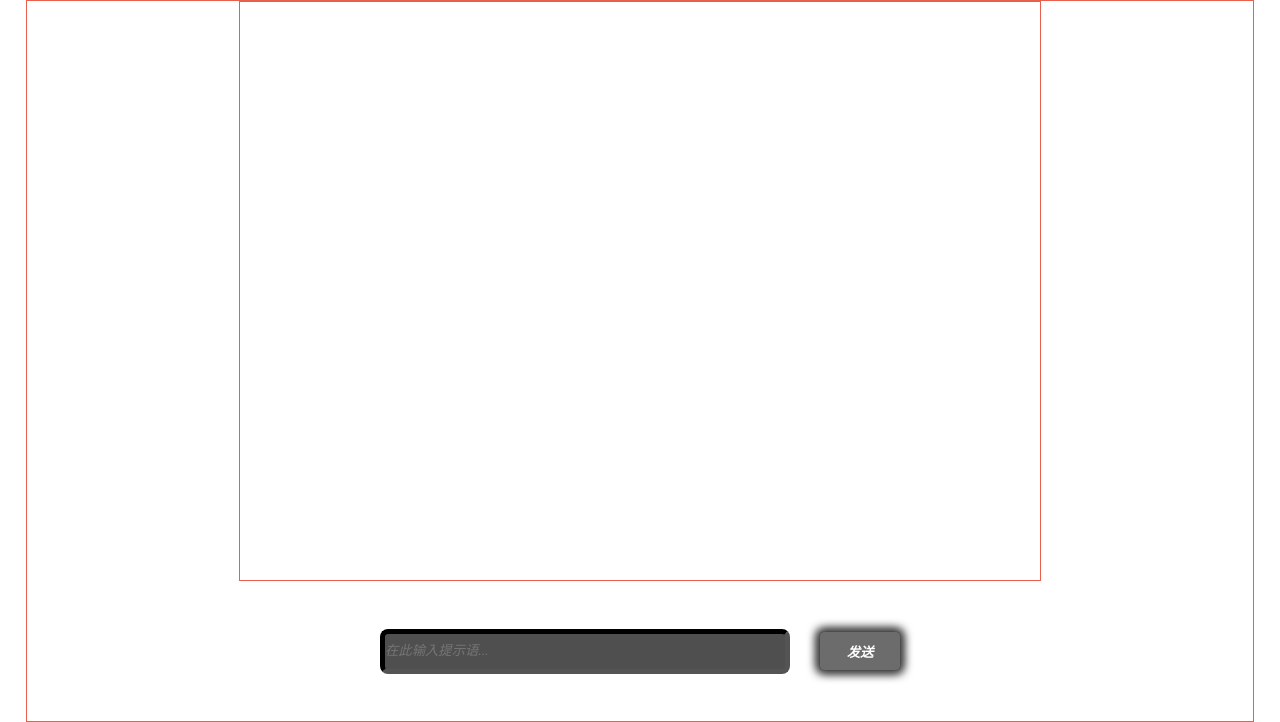
Repository: forFishbonein/chatbot-hao-gpt
Page: / (app in chat-bot-app/)
An editor plug-in stored every save of this project. The page is shown before and after the next save, followed by the edit.
The browser window is 1280 px wide. The pictures show the whole page.
The project was rebuilt for these pictures with package versions that can differ from the ones it lists, and the page was loaded fresh each time. Also part of the build but not shown: chat-bot-app/vite.config.js, chat-bot-app/src/components/background/ParticleAnimation.vue.

Above is the page before, as saved 2023-04-14 09:39:32.

### chat-bot-app/index.html
<!DOCTYPE html>
<html lang="en">

<head>
  <meta charset="UTF-8" />
  <link rel="icon" type="image/svg+xml" href="/vite.svg" />
  <meta name="viewport" content="width=device-width, initial-scale=1.0" />
  <title>Vite + Vue3.2 + TypeScript</title>
</head>

<body>
  <div id="app"></div>
  <script type="module" src="/src/main.ts"></script>
</body>

</html>

### chat-bot-app/src/main.ts
import { createApp } from "vue";
import pinia from "@/store";
import App from "./App.vue";
import router from "@/router";
import "@/assets/css/reset.css";
// 引入字体
// import "@/assets/fonts/font.css";
// 引入图标库
// import "@/assets/font/iconfont";
// 引入全局element-icon
import * as ElementPlusIconsVue from "@element-plus/icons-vue";

//创建实例
const setupAll = async () => {
  const app = createApp(App);
  app.use(router);
  app.use(pinia);
  for (const [key, component] of Object.entries(ElementPlusIconsVue)) {
    app.component(key, component);
  }
  app.mount("#app");
};
setupAll();

### chat-bot-app/src/components/BaseFooter.vue
<script setup lang="ts"></script>

<template>
  <div></div>
</template>

<style lang="scss" scoped></style>

### chat-bot-app/src/components/BaseHeader.vue
<script setup lang="ts"></script>

<template>
  <div></div>
</template>

<style lang="scss" scoped></style>

### chat-bot-app/src/store/index.ts
import { createPinia } from "pinia";
import piniaPluginPersistedstate from "pinia-plugin-persistedstate";
const pinia = createPinia();
pinia.use(piniaPluginPersistedstate);
export default pinia;

### chat-bot-app/src/App.vue
<script setup lang="ts">
console.log(
  "---环境变量----", // @ts-ignore
  import.meta.env
);
</script>
<template>
  <router-view></router-view>
</template>

<style>
/* .icon {
  width: 1.2em;
  height: 1.2em;
  vertical-align: -0.15em;
  fill: currentColor;
  overflow: hidden;
  color: #e8604c;
} */
#nprogress .bar {
  background-color: #c60b1e !important;
  border: 1px #c60b1e solid;
}
</style>

### chat-bot-app/src/router/index.ts
import {
  createRouter,
  createWebHashHistory,
  createWebHistory,
} from "vue-router";
import NProgress from "nprogress";
import "nprogress/nprogress.css";
import { mainStore } from "@/store/user";
import { UserInfo } from "@/apis/user/uInterface";

// 1. 定义路由组件， 注意，这里一定要使用 文件的全名（包含文件后缀名）
// import countIndex from "../pages/count/countIndex.vue";

// 2. 定义路由配置
import { routes } from "./router.config";

// 3. 创建路由实例
const router = createRouter({
  // history: createWebHashHistory(import.meta.env.VITE_PUBLIC_PATH),
  // @ts-ignore
  history: createWebHashHistory(import.meta.env.VITE_PUBLIC_PATH),
  routes,
  strict: true,
  scrollBehavior: () => ({ left: 0, top: 0 }),
});

NProgress.configure({
  easing: "ease", // 动画方式
  speed: 500, // 递增进度条的速度
  showSpinner: false, // 是否显示加载 icon
  trickleSpeed: 200, // 自动递增间隔
  minimum: 0.3, // 初始化时的最小百分比
});

// 4. 配置路由守卫
router.beforeEach((to, from, next) => {
  if (to.meta.title) {
    // @ts-ignore
    document.title = to.meta.title;
  }
  NProgress.start();
  const store = mainStore(); //移动到了路由守卫里面，否则persist不生效
  // 如果本地存在token;
  if (store.token !== "") {
    if (to.path === "/login" || to.path === "/register") {
      next({ path: "/" });
    } else {
      if (
        //@ts-ignore
        store.getUserFlag === false
      ) {
        store
          .getUserInfo() // 获取用户信息
          .then(async (res) => {
            // alert("获取用户信息成功");
            console.log("用户信息：");
            console.log(store.userInfo);
            console.log(store.userInfo.email);
            store.getUserFlag = true;
            next();
          })
          .catch(() => {
            //@ts-ignore
            ElMessage({
              type: "warning",
              message: "你的登录已过期！",
            });
            store.getUserFlag = false;
            store.userInfo = {} as UserInfo;
            next();
          });
      } else {
        // 如果已经获取到了用户信息
        next();
      }
    }
  } else {
    //如果本地不存在token //但如果是要去到需要登录的页面
    if (to.matched.some((r) => r.meta.requireLogin)) {
      store.getUserFlag = false;
      //@ts-ignore
      ElMessage({
        type: "warning",
        message: "登录后才能打开新天地哦！",
      });
      //@ts-ignore //不知道会不会出错
      router.push(-1);
    } else {
      next(); //其余不需要登录的页面就直接放开
    }
  }
});

router.afterEach((to, from, next) => {
  NProgress.done();
});

// 5. 导出router
export default router;

### chat-bot-app/src/assets/css/reset.css
/*解决8像素问题*/
body,
div,
dl,
dt,
dd,
ul,
ol,
li,
h1,
h2,
h3,
h4,
h5,
h6,
pre,
form,
fieldset,
legend,
input,
textarea,
button,
p,
blockquote,
th,
td {
    margin: 0;
    padding: 0;
}

/*文字自动居中*/
body {
    text-align: center;
    font-family: Helvetica Neue, Helvetica, Arial, Microsoft Yahei, Hiragino Sans GB, Heiti SC, WenQuanYi Micro Hei, sans-serif;
}

/*去掉前面的小圆点*/
ul,
ol,
li {
    list-style: none;
}

/*取消a的下划线*/
a {
    text-decoration: none;
    /*设置a的字体颜色，蓝色太丑了*/
    color: #333;
    /*设置链接变成小手*/
    cursor: pointer;
}

/*去掉边框，自动垂直居中*/
input,
button,
img,
select,
textarea {
    border: none;
    vertical-align: middle;
    outline: none;
    /*去掉选中产生的黑框*/
}

textarea {
    resize: none;
    /*禁止自动更改大小*/
    text-indent: 2em;
    /*首行缩进2字符*/
}

button {
    cursor: pointer;
}

/*居中板块*/
/*每一个板块都必须要套上wrap，要不然放大缩小会位置错乱*/
.wrap {
    width: 1226px;
    /*高度由内容撑开*/
    margin: 0 auto;
}

label {
    cursor: pointer;
}

### chat-bot-app/src/store/user.ts
import { defineStore } from "pinia";
import { UserInfo } from "@/apis/user/uInterface";
import { passLogin, logout } from "@/apis/user/login";
import { register } from "@/apis/user/register";
import { getUserInfo } from "@/apis/user/user";
import pinia from "@/store";
export interface UserState {
  userInfo: UserInfo;
  token: string;
  getUserFlag: boolean;
}
export const mainStore = defineStore("main", {
  persist: {
    key: "main",
    storage: window.localStorage,
  }, //开启缓存
  state: () =>
    ({
      userInfo: {
        // email: "",
      } as UserInfo,
      token: "",
      getUserFlag: false,
    } as UserState),
  getters: {},
  actions: {
    passLogin(passData: any) {
      return new Promise((resolve, reject) => {
        try {
          passLogin(passData).then((res) => {
            // @ts-ignore
            console.log(res.message);
            // @ts-ignore
            this.$state.token = res.message;
            // setToken(res.data);
            resolve(res);
          });
        } catch (error) {
          console.log(error);
          reject(error);
        }
      });
    },
    getUserInfo() {
      return new Promise((resolve, reject) => {
        getUserInfo(this.$state.token)
          .then((res) => {
            // @ts-ignore
            if (res.code === 2000) {
              this.$state.userInfo = res.data;
              resolve(res);
            } else {
              //@ts-ignore
              this.$state.userInfo = {} as UserInfo; //清空对象
              this.$state.getUserFlag = false;
              this.$state.token = "";
              // removeToken();
              resolve(res);
            }
          })
          .catch((error) => {
            //@ts-ignore
            this.$state.userInfo = {} as UserInfo; //清空对象
            this.$state.getUserFlag = false;
            this.$state.token = "";
            // removeToken();
            reject(error);
          });
      });
    },
    register(registerData: any) {
      return new Promise((resolve, reject) => {
        try {
          register(registerData).then((res) => {
            console.log(res.data);
            // 不会返回token
            // this.$state.token = res.data;
            // setToken(res.data);
            resolve(res);
          });
        } catch (error) {
          console.log(error);
          reject(error);
        }
      });
    },
    fedLogOut() {
      return new Promise((resolve, reject) => {
        try {
          this.$state.userInfo = {} as UserInfo; //清空对象
          // setFlag(false);
          this.$state.getUserFlag = false;
          this.$state.token = "";
          resolve("用户超时登出成功"); //这里传参不能为空，ts严格检查
        } catch (error) {
          reject(error);
        }
      });
    },
    logout() {
      return new Promise((resolve, reject) => {
        //@ts-ignore
        this.$state.userInfo = {} as UserInfo; //清空对象
        console.log(this.$state.userInfo);
        this.$state.token = ""; //重置token
        this.$state.getUserFlag = false; //改变用户信息标志变量
        // 调用后端接口，也可以不调用！
        // logout(this.$state.token)
        //   .then((res) => {
        //     console.log(res);
        //     if (res) {
        //       //@ts-ignore
        //       this.$state.userInfo = {} as UserInfo; //清空对象
        //       console.log(this.$state.userInfo);
        //       this.$state.token = ""; //重置token
        //       this.$state.getUserFlag = false; //改变用户信息标志变量
        //       resolve(res);
        //     }
        //   })
        //   .catch((error) => {
        //     console.log(error);
        //     reject(error);
        //   });
      });
    },
  },
});

### chat-bot-app/src/router/router.config.ts
import { RouteRecordRaw } from "vue-router";
// import Index from "@/Index.vue";

export const routes: Array<RouteRecordRaw> = [
  {
    path: "/",
    name: "Index", //App中包裹Index
    meta: {
      title: "首页",
      keepAlive: true,
      // requireLogin: true, //先加在这里，表示需要登录！
    },
    component: () => import("@/Index.vue"),
    // component: Index,
    redirect: "/chat", //Index中包裹Home等组件
    children: [
      {
        path: "/chat",
        name: "Chat",
        component: () => import("@/views/Chat.vue"), //这个不行，会加载不出来
        // component: Home,
        meta: { title: "首页", keepAlive: true, showTab: true },
      },
    ],
  },
];

### chat-bot-app/src/apis/user/login.ts
import httpRequest from "@/request";
import { passLoginInfo } from "@/apis/user/uInterface";
export const passLogin = (passData: passLoginInfo) => {
  // console.log(passData);
  return httpRequest({
    data: passData,
    method: "post",
    url: "/login",
    // loading: false, //显示加载圈
  });
};

export function logout(token: string) {
  return httpRequest({
    data: token,
    url: "/logout",
    method: "post",
    // loading: false,
  });
}

### chat-bot-app/src/apis/user/register.ts
import httpRequest from "@/request";
import { registerInfo } from "@/apis/user/uInterface";
// export const postCode = (email: string) => {
//   console.log(email);
//   return httpRequest({
//     data: email,
//     method: "post",
//     url: "http://localhost:8081/send",
//   });
// };

export const register = (registerData: registerInfo) => {
  // console.log(registerData);
  return httpRequest({
    data: registerData,
    method: "post",
    url: "/user/info",
    // loading: false,
  });
};

### chat-bot-app/src/apis/user/user.ts
import httpRequest from "@request/index";
import { UserInfo } from "@/apis/user/uInterface";
export const getUserInfo = (token: string) => {
  return httpRequest({
    url: "/token",
    method: "get",
    headers: { Authorization: token },
    loading: false, //这里好像必须开启，不知道为啥！！！这样有token时配合路由监测进主页的时候才不会报错！
  });
};
export const getUserInfoById = (userId: string) => {
  return httpRequest({
    url: `http://localhost:8081/user/${userId}`,
    method: "get",
    // loading: false,
  });
};

/* 修改用户信息 */
export const modifyUserInfo = (userInfo: UserInfo) => {
  return httpRequest({
    data: userInfo,
    method: "post",
    url: "/user/info",
    // loading: false,
  });
};

/* 修改密码 */
export const modifyUserPass = (data: any) => {
  return httpRequest({
    url: "http://localhost:8081/user/updatepassword",
    method: "put",
    data: data,
    // loading: false,
  });
};

/* 更新头像 */
export const updateUserAvater = (userId: string, imgUrl: string) => {
  return httpRequest({
    url: "http://localhost:8081/user/updatehead",
    method: "put",
    data: {
      id: userId,
      url: imgUrl,
    },
    // loading: false,
  });
};

### chat-bot-app/src/Index.vue
<script setup lang="ts">
import { onMounted } from "vue";
import { useRoute } from "vue-router";
import { useRouter } from "vue-router";
const route = useRoute();
const router = useRouter();
onMounted(() => {});
</script>
<template>
  <div class="page-wrapper">
    <BaseHeader></BaseHeader>
    <router-view v-slot="{ Component }">
      <!-- <keep-alive v-if="$route.meta.keepAlive"> -->
      <!-- 只有在一个容器切换时alive才生效，并且只有include可以生效，meta不行 -->
      <keep-alive :include="['Home']">
        <component :is="Component" />
      </keep-alive>
      <!-- <component :is="Component" v-else /> -->
    </router-view>
    <BaseFooter></BaseFooter>
  </div>
</template>

<style lang="scss" scoped></style>

### chat-bot-app/src/views/Chat.vue
<script setup lang="ts">
import { ref, reactive, defineExpose, onMounted } from "vue";
import { useRouter } from "vue-router";
import { sendMessage } from "@/apis/chat";
import { resultMessagesType } from "@/apis/Interface";
let prompt = ref("");
let messages = ref([] as resultMessagesType[]);
const clickToSend = () => {
  const data = { message: prompt.value };
  sendMessage(data).then((res) => {
    messages.value.push({ content: prompt.value, isBot: false });
    messages.value.push({ content: res.data.content, isBot: true });
    prompt.value = "";
  });
};
onMounted(() => {
  let mainContainer = document.getElementById("main-container");
  //用于使map自适应高度和宽度,通过窗体高宽计算容器高宽
  let resizeMainContainer = function () {
    // @ts-ignore
    // mainContainer.style.width = window.innerWidth + "px";
    mainContainer.style.width = "1226px";
    // @ts-ignore
    mainContainer.style.height = window.innerHeight + "px";
  };
  //设置容器高宽
  resizeMainContainer();
});
</script>
<template>
  <div id="main-container">
    <div class="message-wapper">
      <div class="messages">
        <div v-for="(m, i) in messages" :key="i" class="line-block">
          <div v-if="m.isBot" class="bot-say">
            <img src="@/assets/img/bot.png" />
            <div>{{ m.content }}</div>
          </div>
          <div v-else class="my-say">
            <div>{{ m.content }}</div>
            <img src="@/assets/img/people.png" />
          </div>
        </div>
      </div>
      <div class="operate-board">
        <input
          v-model="prompt"
          type="text"
          placeholder="在此输入提示语..."
          class="inputStyle"
        />
        <button @click="clickToSend" class="buttonStyle">发送</button>
      </div>
    </div>
  </div>
</template>

<style lang="scss" scoped>
#main-container {
  // width: 1000px;
  // height: 800px;
  margin: 0 auto;
  border: 1px #e8604c solid;
}
.message-wapper {
  width: 800px;
  height: 100%;
  margin: 0 auto;
  display: flex;
  flex-direction: column;
  justify-content: center;
  align-items: center;
  .messages {
    width: 800px;
    height: 80%;
    position: relative;
    border: 1px #e8604c solid;
    padding-top: 20px;
    .line-block {
      width: 100%;
      height: 40px;
    }
    .my-say {
      display: flex;
      justify-content: center;
      align-items: center;
      position: absolute;
      right: 10px;
      img {
        width: 40px;
        height: 40px;
        display: inline-block;
        cursor: pointer;
      }
      div {
        background-color: black;
        color: rgb(255, 255, 255);
        font-size: 14px;
        padding: 10px;
        border-radius: 10px;
        box-shadow: 0 0 1px #272727, 0 0 10px 2px #3c3c3c, 0 0 10px 4px #4f4f4f;
        margin-right: 20px;
      }
    }
    .bot-say {
      display: flex;
      justify-content: center;
      align-items: center;
      position: absolute;
      left: 10px;
      img {
        width: 40px;
        height: 40px;
        display: inline-block;
        cursor: pointer;
      }
      div {
        background-color: black;
        color: rgb(255, 255, 255);
        font-size: 14px;
        padding: 10px;
        border-radius: 10px;
        box-shadow: 0 0 1px #272727, 0 0 10px 2px #3c3c3c, 0 0 10px 4px #4f4f4f;
        margin-left: 20px;
      }
    }
  }
  .operate-board {
    // position: absolute;
    // bottom: 0px;
    width: 800px;
    height: 20%;
    display: flex;
    justify-content: center;
    align-items: center;
  }
}

.buttonStyle {
  height: 38px;
  width: 80px;
  border: 0;
  background-color: #6c6c6c;
  box-shadow: 0 0 1px #272727, 0 0 10px 2px #3c3c3c, 0 0 10px 4px #4f4f4f;
  border-radius: 4px;
  font-family: Calibri;
  font-weight: 800;
  font-style: italic;
  color: rgb(255, 255, 255);
  cursor: pointer;
  margin-left: 30px;
}
.buttonStyle:hover {
  animation: buttonEffect 0.4s linear;
  transition-timing-function: linear;
}
.buttonStyle:active {
  transform: scale(1.2);
  bottom: -3px;
  transition-timing-function: ease-in-out;
}
@keyframes buttonEffect {
  0% {
    background: radial-gradient(ellipse 20px 8px, white, black, black);
  }
  20% {
    background: radial-gradient(ellipse 30px 12px, white, black, black);
  }
  40% {
    background: radial-gradient(ellipse 40px 16px, white, black, black);
  }
  60% {
    background: radial-gradient(ellipse 50px 20px, white, black, black);
  }
  80% {
    background: radial-gradient(ellipse 60px 24px, white, black, black);
  }
  100% {
    background: radial-gradient(ellipse 70px 280px, white, black, black);
  }
}
.inputStyle {
  width: 400px;
  height: 35px;
  background-color: #4f4f4f;
  border-radius: 8px;
  border-width: 5px 5px 5px 5px;
  border-style: inset;
  border-color: black;
  font-family: "Droid Sans Mono Slashed";
  font-weight: 300;
  font-style: italic;
  color: rgb(255, 255, 255);
}
.inputStyle:focus {
  background-color: black;
}
.inputStyle:hover {
  animation: inputEffect 0.8s linear;
  transition-timing-function: linear;
}
@keyframes inputEffect {
  0% {
    border-top-color: rgb(255, 255, 255);
    background: linear-gradient(to right, rgb(255, 255, 255), black 20%);
  }
  25% {
    border-right-color: rgb(255, 255, 255);
    background: linear-gradient(to right, rgb(255, 255, 255), black 40%);
  }
  50% {
    border-bottom-color: rgb(255, 255, 255);
    background: linear-gradient(to right, rgb(255, 255, 255), black 60%);
  }
  75% {
    border-left-color: rgb(255, 255, 255);
    background: linear-gradient(to right, rgb(255, 255, 255), black 80%);
  }
  100% {
    border-color: cyan;
    background: linear-gradient(to right, rgb(255, 255, 255), black 100%);
  }
}
</style>

### chat-bot-app/src/apis/chat.ts
import httpRequest from "@/request";
import { promptType } from "@/apis/Interface";
export const sendMessage = (data: promptType) => {
  // console.log(passData);
  return httpRequest({
    data: data,
    method: "post",
    url: "/chatbot/talk",
    // loading: false, //显示加载圈
  });
};

### chat-bot-app/src/config/index.ts
export interface IConfig {
  env: string; // 开发环境
  mock?: string; // mock数据
  title: string; // 项目title
  baseUrl?: string; // 项目地址
  baseApi?: string; // api请求地址
}
const envMap = {};
const globalModules = import.meta.globEager("./*.ts");
Object.entries(globalModules).forEach(([key, value]) => {
  // key.match(/\.\/env\.(\S*)\.ts/)
  const name = key.replace(/\.\/env\.(.*)\.ts$/, "$1");
  envMap[name] = value;
});

// 根据环境引入不同配置
export const config = envMap[import.meta.env.VITE_ENV].default;
console.log("根据环境引入不同配置", config);

### chat-bot-app/src/utils/resetMessage.ts
let messageInstance: any | null = null;

//封装ElMessage的函数：
const resetMessage = (options) => {
  if (messageInstance && messageInstance.close) {
    messageInstance.close();
  }
  //@ts-ignore
  messageInstance = ElMessage(options);
};

//识别resetMessage函数的参数类型，以适应.success等函数
["error", "success", "info", "warning"].forEach((type) => {
  resetMessage[type] = (options: any) => {
    if (typeof options === "string") {
      options = {
        message: options,
      };
    }
    options.type = type;
    return resetMessage(options);
  };
});
export const Message = resetMessage;

### chat-bot-app/src/config/env.development.ts
// 本地环境配置
export default {
  env: "development",
  mock: true,
  title: "开发",
  baseUrl: "", // 项目地址
  baseApi: "http://127.0.0.1:8080", // 本地api请求地址,注意：如果你使用了代理，请设置成'/'
};

### chat-bot-app/src/config/env.production.ts
// 正式
export default {
  env: "production",
  mock: true,
  title: "生产",
  baseUrl: "", // 正式项目地址
  baseApi: "http://xxx:8080", // 正式api请求地址
};

### chat-bot-app/src/config/env.test.ts
export default {
  env: "test",
  mock: false,
  title: "测试",
  baseUrl: "https://test.xxx.com", // 测试项目地址
  baseApi: "https://test.xxx.com/api", // 测试api请求地址
};

Loaded but not shown: chat-bot-app/src/request/index.ts (165 lines, source omitted)

After the next save:
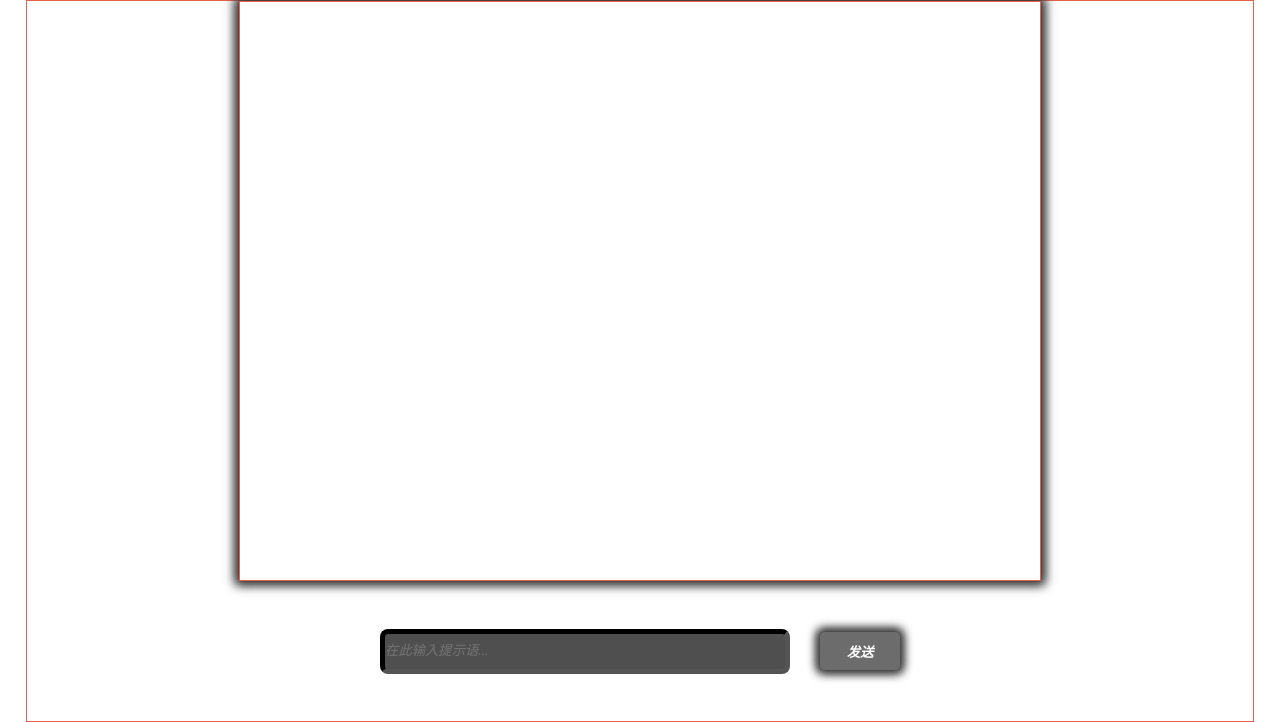
Saved 16 s later.
--- a/chat-bot-app/src/views/Chat.vue
+++ b/chat-bot-app/src/views/Chat.vue
@@ -76,6 +76,7 @@
     position: relative;
     border: 1px #e8604c solid;
     padding-top: 20px;
+    box-shadow: 0 0 1px #272727, 0 0 10px 2px #3c3c3c, 0 0 10px 4px #4f4f4f;
     .line-block {
       width: 100%;
       height: 40px;

After the save that followed:
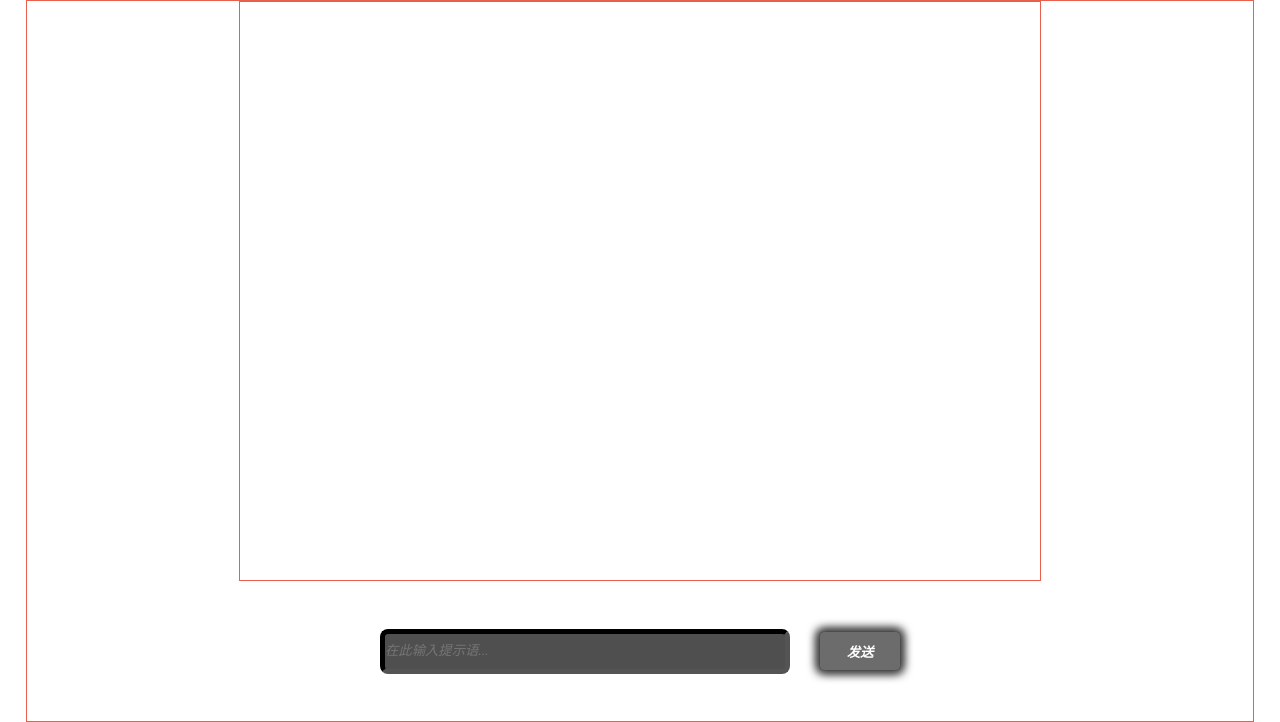
Saved 21 s later.
--- a/chat-bot-app/src/views/Chat.vue
+++ b/chat-bot-app/src/views/Chat.vue
@@ -76,7 +76,7 @@
     position: relative;
     border: 1px #e8604c solid;
     padding-top: 20px;
-    box-shadow: 0 0 1px #272727, 0 0 10px 2px #3c3c3c, 0 0 10px 4px #4f4f4f;
+
     .line-block {
       width: 100%;
       height: 40px;
